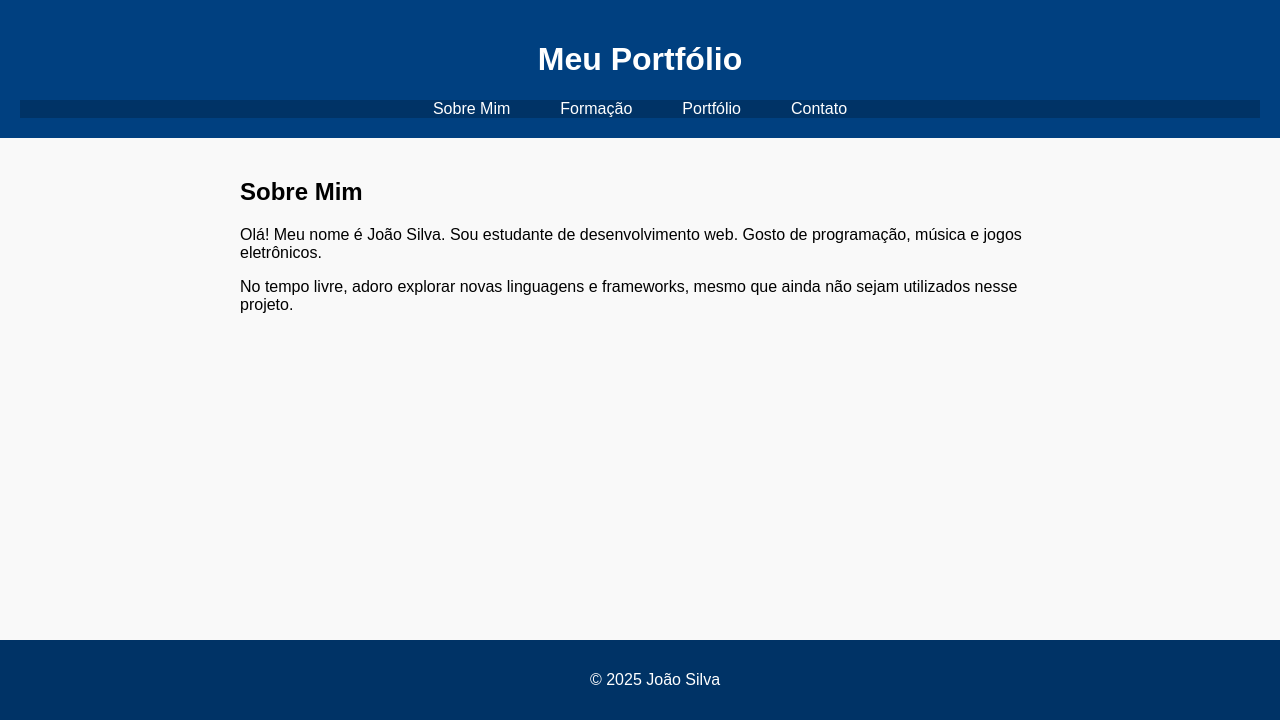
Repository: andressasmedeiros/exercicio-site-basico
Page: index.html
An editor plug-in stored every save of this project. The page is shown before and after the next save, followed by the edit.
The browser window is 1280 px wide. The pictures show the whole page.

Above is the page before, as saved 2025-06-26 14:32:47.

After the next save:
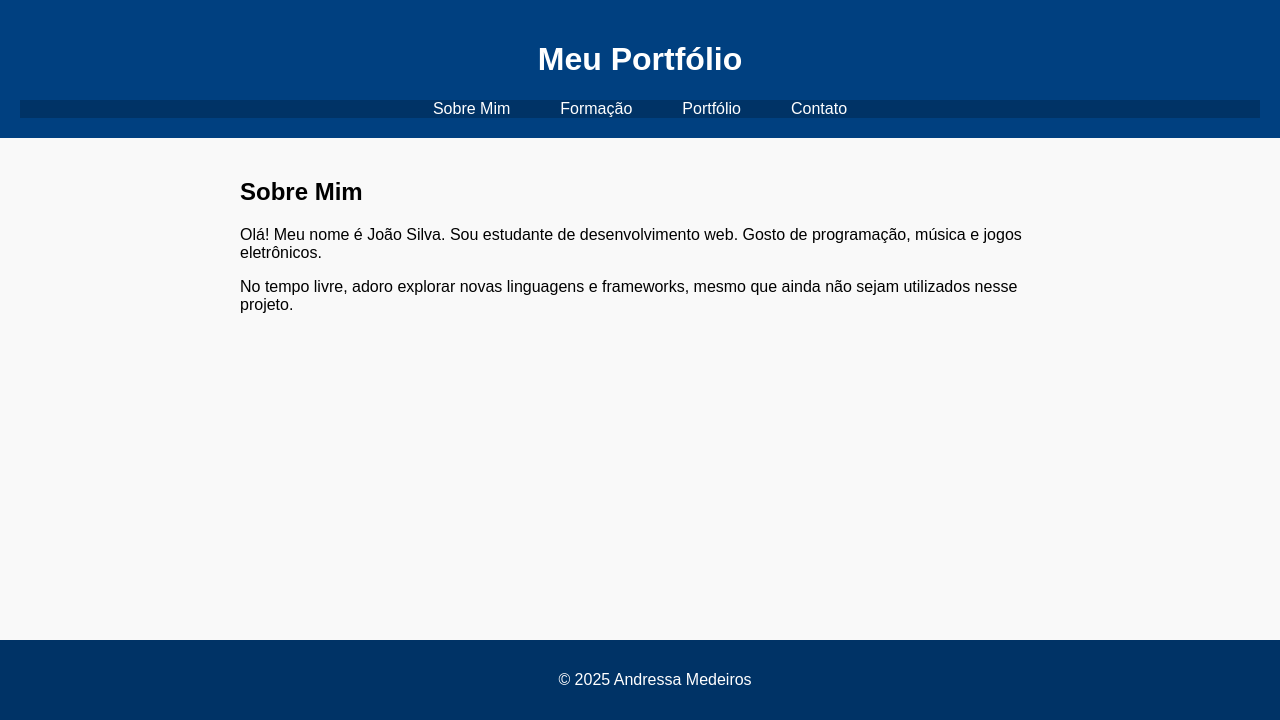
Saved 6 s later.
--- a/index.html
+++ b/index.html
@@ -28,7 +28,7 @@
   </main>
 
   <footer>
-    <p>&copy; 2025 João Silva</p>
+    <p>&copy; 2025 Andressa Medeiros</p>
   </footer>
 </body>
 </html>
